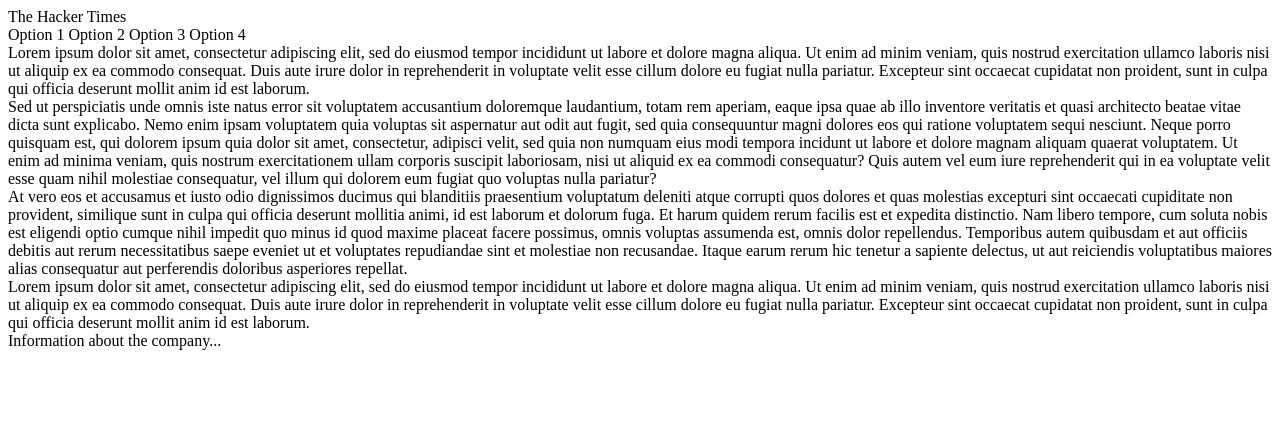
Repository: HackerUSA-CE/CSS-My-CSS-Garden
Page: index.html
These files come from the project's save history. The page is drawn as it stood at one moment and after the next save; the edit follows.
The browser window is 1280 px wide. The pictures show the whole page.

Above is the page before, as saved 2020-12-02 11:24:06.

### index.html
<!DOCTYPE html>
<html>

<head>
    <title>The Hacker Times</title>
    <link rel="stylesheet" type="text/css" href="main.css" />
</head>

<body>
    <header>
        The Hacker Times
    </header>
    <nav>
        <a>Option 1</a>
        <a>Option 2</a>
        <a>Option 3</a>
        <a>Option 4</a>
    </nav>
    <aside>
        Lorem ipsum dolor sit amet, consectetur adipiscing elit, sed do eiusmod tempor incididunt ut labore et dolore magna aliqua. Ut enim ad minim veniam, quis nostrud exercitation ullamco laboris nisi ut aliquip ex ea commodo consequat. Duis aute irure dolor
        in reprehenderit in voluptate velit esse cillum dolore eu fugiat nulla pariatur. Excepteur sint occaecat cupidatat non proident, sunt in culpa qui officia deserunt mollit anim id est laborum.
    </aside>
    <section>
        Sed ut perspiciatis unde omnis iste natus error sit voluptatem accusantium doloremque laudantium, totam rem aperiam, eaque ipsa quae ab illo inventore veritatis et quasi architecto beatae vitae dicta sunt explicabo. Nemo enim ipsam voluptatem quia voluptas
        sit aspernatur aut odit aut fugit, sed quia consequuntur magni dolores eos qui ratione voluptatem sequi nesciunt. Neque porro quisquam est, qui dolorem ipsum quia dolor sit amet, consectetur, adipisci velit, sed quia non numquam eius modi tempora
        incidunt ut labore et dolore magnam aliquam quaerat voluptatem. Ut enim ad minima veniam, quis nostrum exercitationem ullam corporis suscipit laboriosam, nisi ut aliquid ex ea commodi consequatur? Quis autem vel eum iure reprehenderit qui in ea
        voluptate velit esse quam nihil molestiae consequatur, vel illum qui dolorem eum fugiat quo voluptas nulla pariatur?

        <article>
            At vero eos et accusamus et iusto odio dignissimos ducimus qui blanditiis praesentium voluptatum deleniti atque corrupti quos dolores et quas molestias excepturi sint occaecati cupiditate non provident, similique sunt in culpa qui officia deserunt mollitia
            animi, id est laborum et dolorum fuga. Et harum quidem rerum facilis est et expedita distinctio. Nam libero tempore, cum soluta nobis est eligendi optio cumque nihil impedit quo minus id quod maxime placeat facere possimus, omnis voluptas
            assumenda est, omnis dolor repellendus. Temporibus autem quibusdam et aut officiis debitis aut rerum necessitatibus saepe eveniet ut et voluptates repudiandae sint et molestiae non recusandae. Itaque earum rerum hic tenetur a sapiente delectus,
            ut aut reiciendis voluptatibus maiores alias consequatur aut perferendis doloribus asperiores repellat.
        </article>
    </section>
    <aside>
        Lorem ipsum dolor sit amet, consectetur adipiscing elit, sed do eiusmod tempor incididunt ut labore et dolore magna aliqua. Ut enim ad minim veniam, quis nostrud exercitation ullamco laboris nisi ut aliquip ex ea commodo consequat. Duis aute irure dolor
        in reprehenderit in voluptate velit esse cillum dolore eu fugiat nulla pariatur. Excepteur sint occaecat cupidatat non proident, sunt in culpa qui officia deserunt mollit anim id est laborum.
    </aside>
    <footer>
        Information about the company...
    </footer>
</body>

</html>

### main.css
.aside-left {
    width: 30%;
    padding-left: 15px;
    margin-left: 15px;
    float: left;
    font-style: italic;
    background-color: lightgray;
}

.aside-right {
    width: 30%;
    padding-left: 15px;
    margin-left: 15px;
    float: right;
    font-style: italic;
    background-color: lightgray;
}

After the next save:
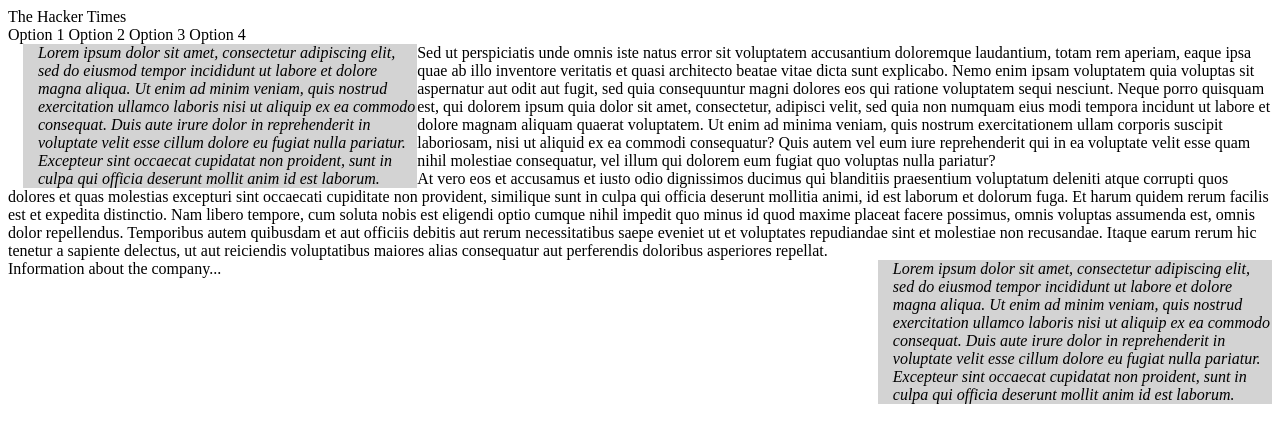
Saved 8 s later.
--- a/index.html
+++ b/index.html
@@ -16,7 +16,7 @@
         <a>Option 3</a>
         <a>Option 4</a>
     </nav>
-    <aside>
+    <aside class="aside-left">
         Lorem ipsum dolor sit amet, consectetur adipiscing elit, sed do eiusmod tempor incididunt ut labore et dolore magna aliqua. Ut enim ad minim veniam, quis nostrud exercitation ullamco laboris nisi ut aliquip ex ea commodo consequat. Duis aute irure dolor
         in reprehenderit in voluptate velit esse cillum dolore eu fugiat nulla pariatur. Excepteur sint occaecat cupidatat non proident, sunt in culpa qui officia deserunt mollit anim id est laborum.
     </aside>
@@ -33,7 +33,7 @@
             ut aut reiciendis voluptatibus maiores alias consequatur aut perferendis doloribus asperiores repellat.
         </article>
     </section>
-    <aside>
+    <aside class="aside-right">
         Lorem ipsum dolor sit amet, consectetur adipiscing elit, sed do eiusmod tempor incididunt ut labore et dolore magna aliqua. Ut enim ad minim veniam, quis nostrud exercitation ullamco laboris nisi ut aliquip ex ea commodo consequat. Duis aute irure dolor
         in reprehenderit in voluptate velit esse cillum dolore eu fugiat nulla pariatur. Excepteur sint occaecat cupidatat non proident, sunt in culpa qui officia deserunt mollit anim id est laborum.
     </aside>
